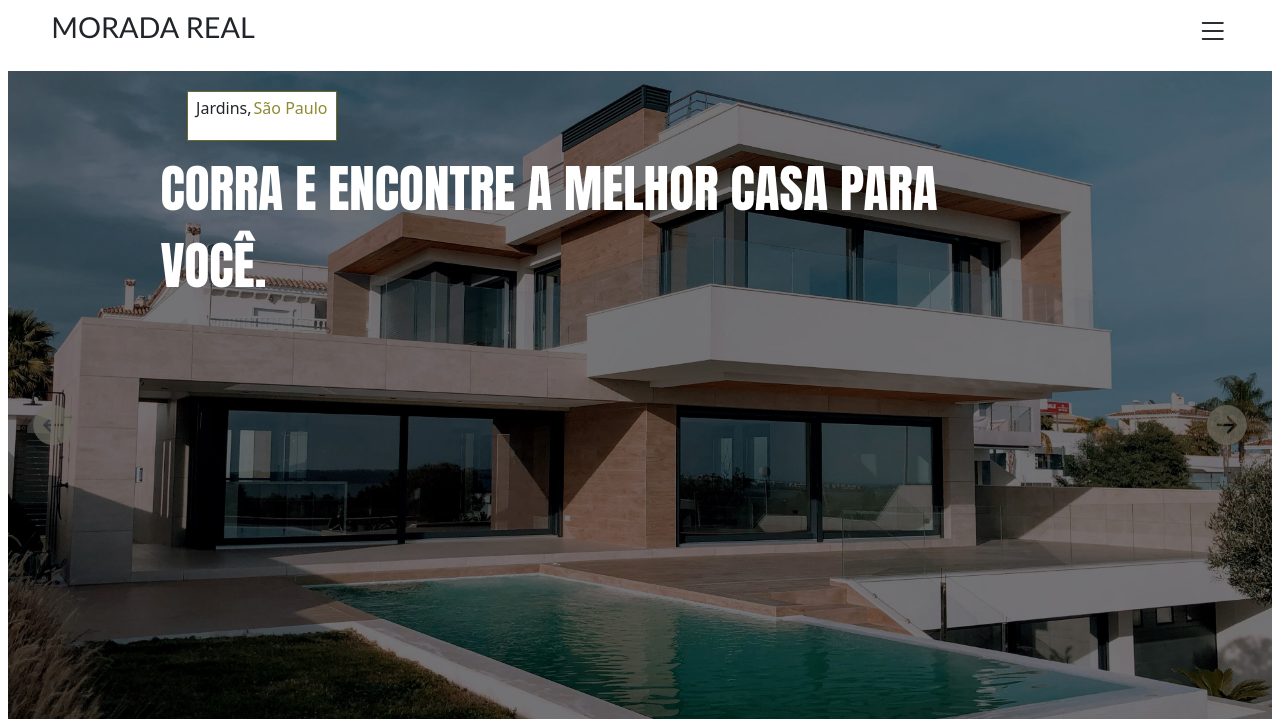
Repository: Mattyns/moradareal
Page: index.html
An editor plug-in stored every save of this project. The page is shown before and after the next save, followed by the edit.
The browser window is 1280 px wide. The pictures show the whole page.

Above is the page before, as saved 2025-07-11 18:41:26.

### index.html
<!DOCTYPE html>
<html lang="pt-br">
    <head>
        <meta charset="UTF-8" />
        <meta name="viewport" content="width=device-width, initial-scale=1.0" />
        <title>Morada Real</title>
        <link
            rel="stylesheet"
            href="https://cdnjs.cloudflare.com/ajax/libs/animate.css/4.1.1/animate.min.css"
        />
        <link
            href="https://cdn.jsdelivr.net/npm/bootstrap@5/dist/css/bootstrap.min.css"
            rel="stylesheet"
            integrity="sha384-QWTKZyjpPEjISv5WaRU9OFeRpok6YctnYmDr5pNlyT2bRjXh0JMhjY6hW+ALEwIH"
            crossorigin="anonymous"
        />
        <link
            rel="stylesheet"
            href="https://cdn.jsdelivr.net/npm/bootstrap-icons@1.11.3/font/bootstrap-icons.min.css"
        />
        <link rel="stylesheet" href="style/style.css" />
    </head>
    <body>
        <header class="header__container">

            <h1 class="logo__text">MORADA REAL</h1> <i class="bi-list menu__list"></i>
        </header>

        <main>
            <section class="contrast">

                <div class="contrast__container">
                    <div class="local local__sp">
                        <div class="local__text">
                            <p>Jardins,</p> <p class="local__text--contrast"> São Paulo</p>
                        </div>
                        <p class="text__message">CORRA E ENCONTRE A MELHOR CASA PARA VOCÊ.</p>
                    </div>
                    <div class="local local__rs">
                        <div class="local__text">
                            <p>Bela Vista,</p> <p class="local__text--contrast"> Rio Grande do Sul</p>
                        </div>
                        <p class="text__message">O LAR DOS SEUS SONHOS PODE ESTAR A UM CLIQUE DE DISTÂNCIA.</p>
                    </div>
                    <div class="local local__rj">
                        <div class="local__text">
                            <p>Leblon,</p> <p class="local__text--contrast"> Rio de Janeiro</p>
                        </div>
                        <p class="text__message">NÃO PERCA TEMPO! SUA NOVA HISTÓRIA COMEÇA AQUI.</p>
                    </div>

                </div>

                <i class="img__button bi-arrow-left-circle-fill" id="img__button--left"></i>
                <i class="img__button bi-arrow-right-circle-fill" id="img__button--right"></i>

            </section>


        </main>

        <script src="script/carousel.js"></script>
    </body>
</html>

### style/style.css
@charset "UTF-8";

:root {
    --preto:black;
    --branco:white;
    --cor1:#D3CC4C;
    --cor2:#B1AB40;
    --cor3:#DCD650;
    --cor4:#8F8A33;
    --cor5:#6D6927;
    --cor6:#4B481B;
    --cor7:#f0eca5;
    --cor8:white;

}

* {
    margin: 0px;
    padding: 0px;
    box-sizing: border-box;
}

.header__container {
    display: flex;
    height: 20%;
    width: 100%;
    background-color: var(--branco);
    align-items: center;
    padding-top: 10px;
    padding-bottom: 10px;
}

.logo__text {
    margin-left: 4%;
    font-size: 180%;
    font-family: 'Trebuchet MS', 'Lucida Sans Unicode', 'Lucida Grande', 'Lucida Sans', Arial, sans-serif;
}

.menu__list {
    font-size: 2em;
    position: absolute;
    right: 4%;
}

.contrast {
    height: 90vh;
    margin: 8px;

    overflow: hidden;
    max-width: 100%;
    position: relative;


}

.contrast__container {

    display: flex;
  transition: transform 0.3s ease;
  will-change: transform;
  touch-action: pan-y;
}

.local {
    height: 90vh;
    background-size: cover;
    background-position: right;
     flex: 0 0 100%;
    box-sizing: border-box;
    padding: 20px; /* opcional */
}

.local__sp {
    background-image: url(../img/webaliser.jpg);

}

.local__rs {
    background-image: url(../img/brian.jpg);

}

.local__rj {
    background-image: url(../img/zoe.jpg);

}

.local__text {
    display: flex;
    background-color: var(--branco);
    width: fit-content;
    padding: 4px 0px;
    padding-left: 8px;
    padding-right: 8px;
    top: 20%;
    margin-left:13%;
    border: 1px solid var(--cor5);

}

.local__text--contrast {
    color: var(--cor4);
    margin-left: 2px;
}

.text__message {
    top: 26%;
    width: 68%;
    margin-left: 10%;
    font-size:320%;
    font-family:Impact, Haettenschweiler, 'Arial Narrow Bold', sans-serif;
    color:var(--cor8) ;
    padding: 10px;
    border-radius: 10px;
}

.img__button {
    font-size: 2.5em;
    position:absolute;
    color: #6c6b5fb8;
    transition: color 0.8s ease;

}

.img__button:hover {
    color: #DCD650;
    transition: color 0.8s ease;
}

#img__button--left {
    left: 2%;
    top: 50%;
}

#img__button--right {
    right: 2%;
    top: 50%;
}

### script/carousel.js
const container = document.querySelector('.contrast__container');
const slides = document.querySelectorAll('.local');

let isDragging = false;
let startPos = 0;
let currentTranslate = 0;
let prevTranslate = 0;
let animationID;
let currentIndex = 0;

slides.forEach((slide, index) => {
  slide.addEventListener('touchstart', touchStart(index));
  slide.addEventListener('touchend', touchEnd);
  slide.addEventListener('touchmove', touchMove);

  slide.addEventListener('mousedown', touchStart(index));
  slide.addEventListener('mouseup', touchEnd);
  slide.addEventListener('mouseleave', touchEnd);
  slide.addEventListener('mousemove', touchMove);
});

function touchStart(index) {
  return function (event) {
    currentIndex = index;
    startPos = getPositionX(event);
    isDragging = true;

    animationID = requestAnimationFrame(animation);
  };
}

function touchMove(event) {
  if (!isDragging) return;
  const currentPosition = getPositionX(event);
  currentTranslate = prevTranslate + currentPosition - startPos;
}

function touchEnd() {
  cancelAnimationFrame(animationID);
  isDragging = false;

  const movedBy = currentTranslate - prevTranslate;

  if (movedBy < -100 && currentIndex < slides.length - 1) currentIndex++;
  if (movedBy > 100 && currentIndex > 0) currentIndex--;

  setPositionByIndex();
}

function getPositionX(event) {
  return event.type.includes('mouse') ? event.pageX : event.touches[0].clientX;
}

function animation() {
  setSliderPosition();
  if (isDragging) requestAnimationFrame(animation);
}

function setSliderPosition() {
  container.style.transform = `translateX(${currentTranslate}px)`;
}

function setPositionByIndex() {
  currentTranslate = currentIndex * -container.offsetWidth;
  prevTranslate = currentTranslate;
  setSliderPosition();
}

After the next save:
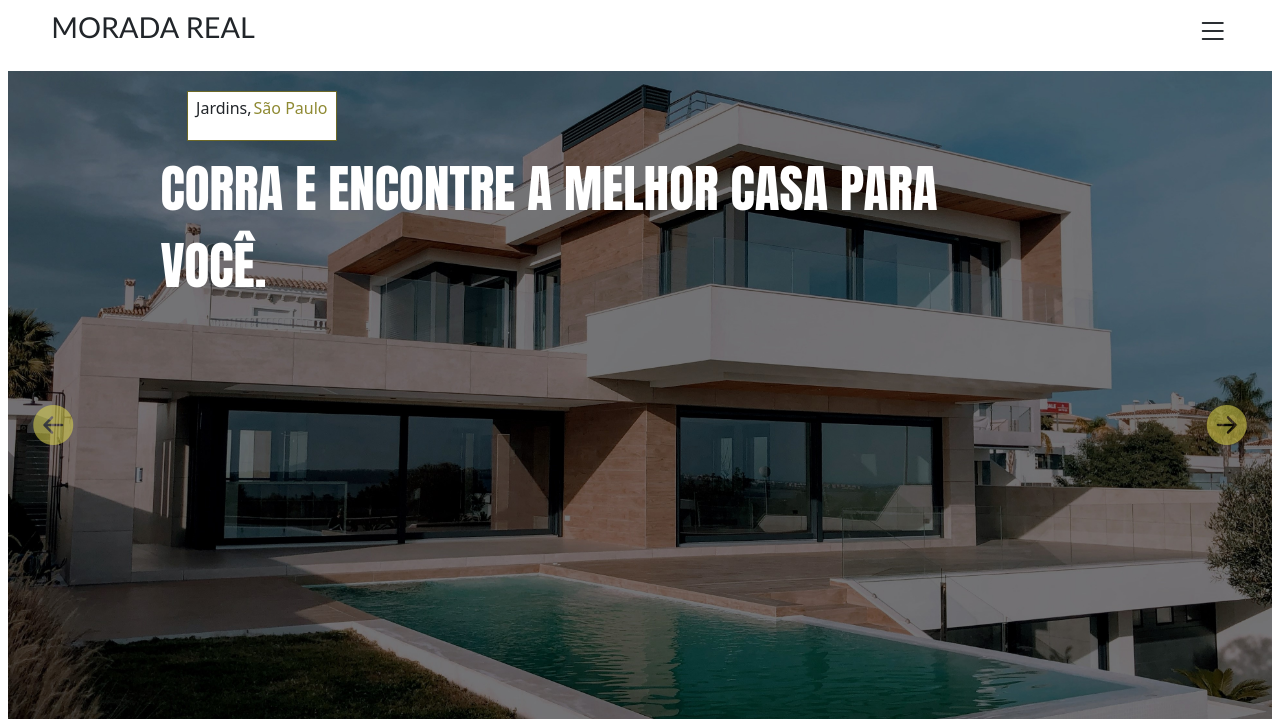
Saved 12 s later.
--- a/style/style.css
+++ b/style/style.css
@@ -117,7 +117,7 @@
 .img__button {
     font-size: 2.5em;
     position:absolute;
-    color: #6c6b5fb8;
+    color: #dcd55090;
     transition: color 0.8s ease;
 
 }
